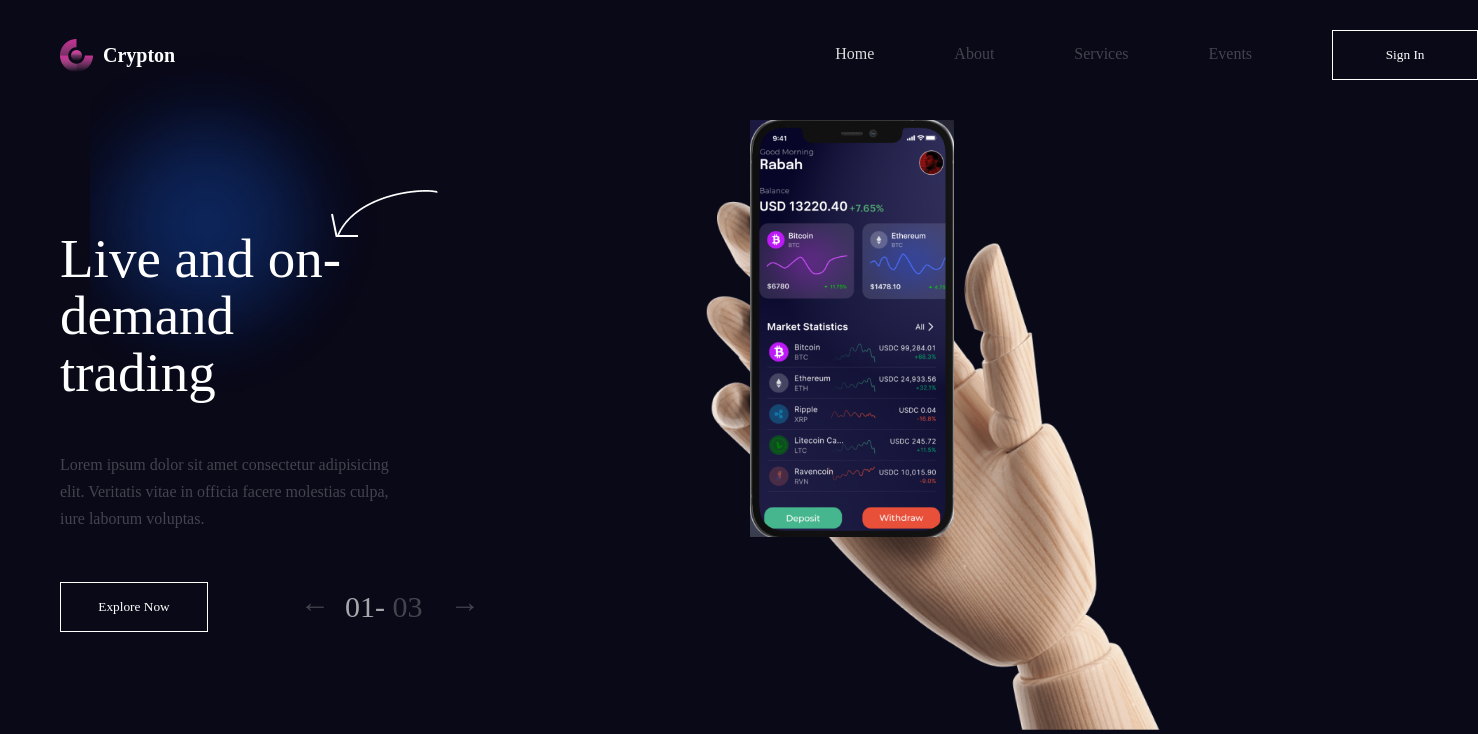
Repository: isaacCodes1/Crypton-Website
Page: index.html
The author's editor kept a copy of each file at every save. The page is drawn from the files as they stood at one save, then again after the next save.
The browser window is 1280 px wide. The page is 1478 px wide, so the pictures cover 1478 px, including what lies to the right of the window. The pictures show the whole page.

Above is the page before, as saved 2024-05-14 21:00:50.

### index.html
<!DOCTYPE html>
<html lang="en">
  <head>
    <meta charset="UTF-8" />
    <meta name="viewport" content="width=device-width, initial-scale=1.0" />
    <link rel="stylesheet" href="style.css" />
    <title>Crypton HomePage</title>
  </head>
  <body>
    <header>
      <nav>
        <div class="headerGen">
          <div class="logo">
            <img class="logoImage" src="/Assets/Group 605.png" alt="" />
            <p class="logoText">Crypton</p>
            <ul>
              <li>Home</li>
              <li style="color: #d6d5d54a">About</li>
              <li style="color: #d6d5d54a">Services</li>
              <li style="color: #d6d5d54a">Events</li>
              <button class="sign">Sign In</button>
            </ul>
          </div>
        </div>
      </nav>
    </header>
    <section>
      <div class="firstSectionGeneral">
        <div class="liveTexts">
          <h1 class="liveText"><span><img class="shadow" src="/Assets/shadow.png" alt=""></span><span><img class="arrow" src="/Assets/Arrow_03.png" alt=""></span>Live and on-demand trading</h1>
          <p class="lorem">
            Lorem ipsum dolor sit amet consectetur adipisicing elit. Veritatis
            vitae in officia facere molestias culpa, iure laborum voluptas.
          </p>
          <button class="explore">Explore Now</button>
          <span class="rArrow">&#8592;</span>
          <p class="innerP">01- <span class="theBrownNumber">03</span></p>
          <span class="lArrow">&#8594;</span>
        </div>
      </div>
    </section>
    <section>
      <div class="handDiv">
        <div class="woodenHand">
          <img class="wood" src="/Assets/rabat.png
          " alt="">
          <img class="hand" src="/Assets/Hand.png" alt="">
        </div>
      </div>
    </section>
  </body>
</html>

### style.css
    * {
    margin: 0;
    padding: 0;
    box-sizing: border-box;
    font-family: "poppins";
    }
body{
    background-color: rgb(9, 9, 24);
}
/* NavBar */
.logo {
    display: flex;
    align-items: center;
    gap: 10px;
    padding-top: 30px;
    margin-left: 60px;
    margin-bottom: 150px;
    cursor: pointer;
}
.logoText{
    font-size: 20px;
    color: #fff;
    margin-right: 650px;
    font-weight: 600;
}
.logo ul{
    display: flex;
    color: #dedcdc;
    list-style: none;
    gap: 80px;
    display: flex;
    align-items: center;
    cursor: pointer;
}
    .logo ul li {
        list-style: none;
        display: inline-block;
        /* padding: 8px 12px; */
        position: relative;
    }
    .logo ul li::after {
        content: "";
        width: 0%;
        height: 2px;
        background: #fff;
        display: block;
        margin: auto;
        transition: 0.5s;
    }
    .logo ul li:hover::after {
        width: 70%;
    }

.sign{
    width: 146px;
    height: 50px;
    border: 1px solid #fff;
    background: transparent;
    color: #fff;
    cursor: pointer;
}
/* Landing Page */
.liveTexts{
    /* display: flex; */
}
.liveText{
    display: flex;
    flex-direction: column;
    font-size: 55px;
    width: 340px;
    line-height: 57px;
    color: #fff;
    margin-left: 60px;
    font-weight: normal;
    margin-bottom: 50px;
}
.shadow{
    width: 25%;
    position: absolute;
    top: 20px;
    left: 90px;
    z-index: -1;
}
.lorem{
    color: #d6d5d54a;
    width: 27%;
    margin-left: 60px;
    line-height: 27px;
    margin-bottom: 50px;
}
.explore{
    margin-left: 60px;
    width: 148px;
    height: 50px;
    background: transparent;
    color: #fff;
    border: 1px solid #fff;
}
.arrow{
    position: absolute;
    top: 120px;
    left: 290px;
}
.rArrow{
    position: absolute;
    font-size: 30px;
    top: 585px;
    left: 300px;
    margin-right: 200px;
    color: #d6d5d54a;
    display: flex;
    align-items: center;
}
.lArrow{
    position: absolute;
    font-size: 30px;
    top: 585px;
    left: 450px;
    color: #d6d5d54a;
    display: flex;
    align-items: center;
}
.innerP{
    position: absolute;
    left: 345px;
    top: 590px;
    color: #ffffffa4;
    font-size: 30px;
}
.theBrownNumber{
    color: #d6d5d54a;
}
/* Wooden Hand Image */
.handDiv{
    display: flex;
    position: absolute;
    top: 190px;
    right: 120px;
}
.hand{
    height: 75vh;
}
.wood{
    position: absolute;
    right: 206px;
    top: -70px;
    width: 45%;
}

After the next save:
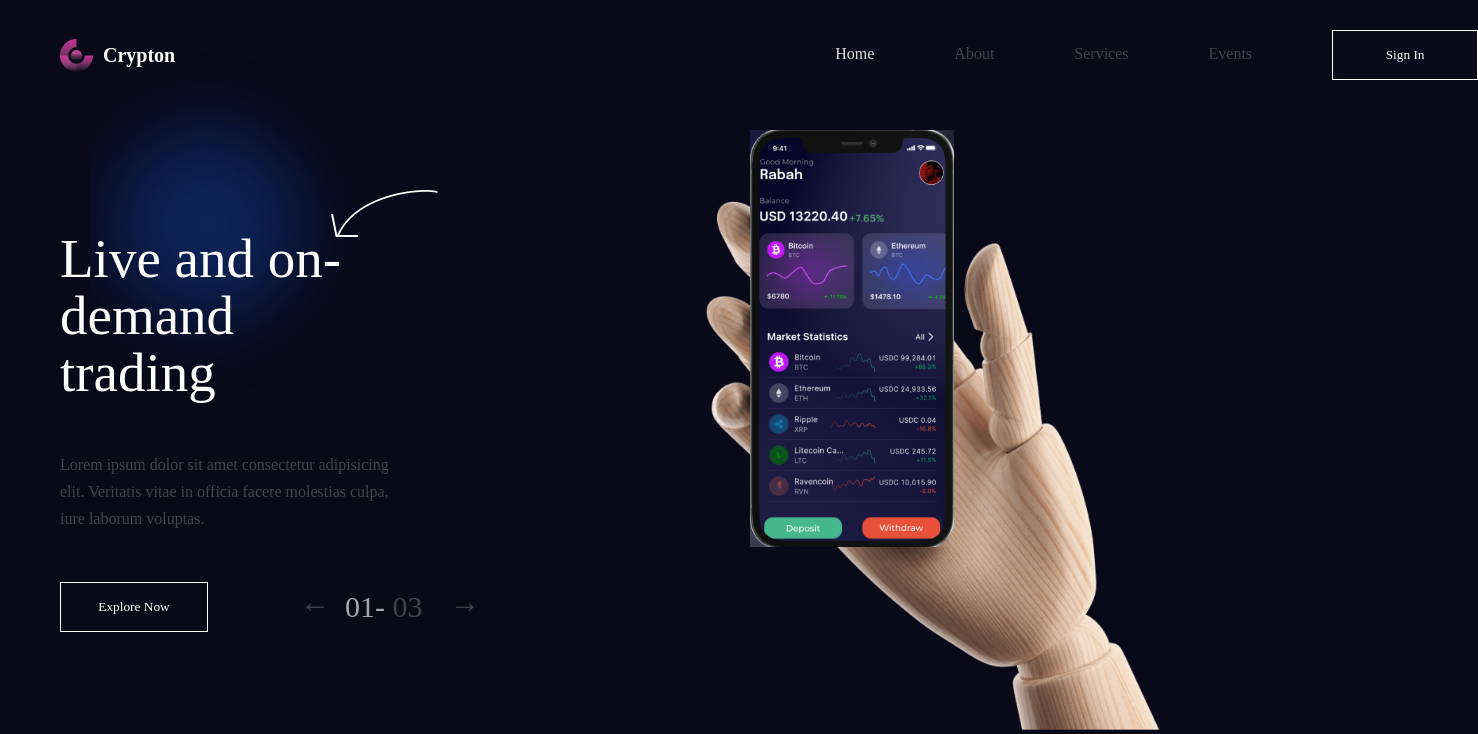
Saved 7 s later.
--- a/style.css
+++ b/style.css
@@ -143,6 +143,6 @@ body{
 .wood{
     position: absolute;
     right: 206px;
-    top: -70px;
+    top: -60px;
     width: 45%;
 }
